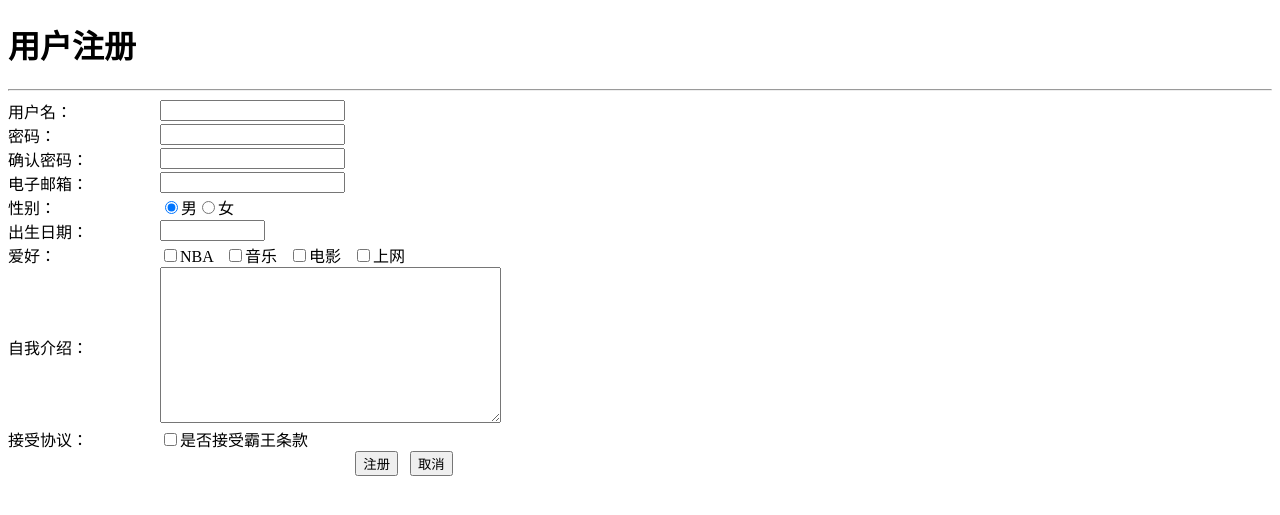
Repository: chengshide/Servlet
Page: http://localhost/ServletGetFormInfoDemo/reg.jsp
These files come from the project's save history. The page is drawn as it stood at one moment and after the next save; the edit follows.
The browser window is 1280 px wide. The pictures show the whole page.
The page is served by Tomcat 9. Nobody is signed in. The application's start-up code is not run. Other server files are loaded and not shown.

Above is the page before, as saved 2020-05-16 09:07:25.

### eclipseworlk/ServletGetFormInfoDemo/WebContent/reg.jsp
<%@ page language="java" contentType="text/html; charset=utf-8"
    pageEncoding="utf-8"%>
<!DOCTYPE html>
<html>
<head>
<meta charset="utf-8">
<title>Insert title here</title>
</head>
<body>
   <h1>用户注册</h1>
   <hr>
   <form action="servlet/RegServlet" name="regForm" method="post">
     <table border="0" width="800" cellspacing="0" cellpadding="0">
       <tr>
         <td class="lalel">用户名：</td>
         <td class="controler"><input type="text" name="username" /></td>
       </tr>
       <tr>
         <td class="lalel">密码：</td>
         <td calss="controler"><input type="password" name="mypassword" /></td>
       </tr>
       <tr>
         <td class="lalel">确认密码：</td>
         <td calss="controler"><input type="password" name="confirmpass"></td>
       </tr>
       <tr>
         <td class="lalel">电子邮箱：</td>
         <td calss="controler"><input type="text" name="email" /></td>
       </tr>
       <tr>
         <td class="lalel">性别：</td>
         <td calss="controler"><input type="radio" name="gender" checked="checked" value="Male">男<input type="radio" name="gender" value="Female" />女</td>
       </tr>
       <tr>
         <td class="lalel">出生日期：</td>
         <td calss="controler"><input type="text" name="birtday" id="control_date" size="10" maxlength="10" onclick="new Calendar().show(this);" readonly="readonly" /></td>
       </tr>
       <tr>
         <td class="lalel">爱好：</td>
         <td calss="controler">
         <input type="checkbox" name="favorite" value="nba">NBA &nbsp;
         <input type="checkbox" name="favorite" value="music">音乐 &nbsp;
         <input type="checkbox" name="favorite" value="movie">电影 &nbsp;
         <input type="checkbox" name="favorite" value="internet">上网 &nbsp;
         </td>
       </tr>
       <tr>
         <td class="lalel">自我介绍：</td>
         <td class="controler"><textarea name="introduce" rows="10" cols="40"></textarea></td>
       </tr>
       <tr>
         <td class="lalel">接受协议：</td>
         <td class="controler"><input type="checkbox" name="isAccept" value="true" />是否接受霸王条款</td>
       </tr>
       <tr>
        <td colspan="2" align="center">
          <input type="submit" value="注册" />&nbsp;&nbsp;
          <input type="reset" value="取消">&nbsp;&nbsp;
        </td>
       </tr>
     </table>
   </form>
</body>
</html>

After the next save:
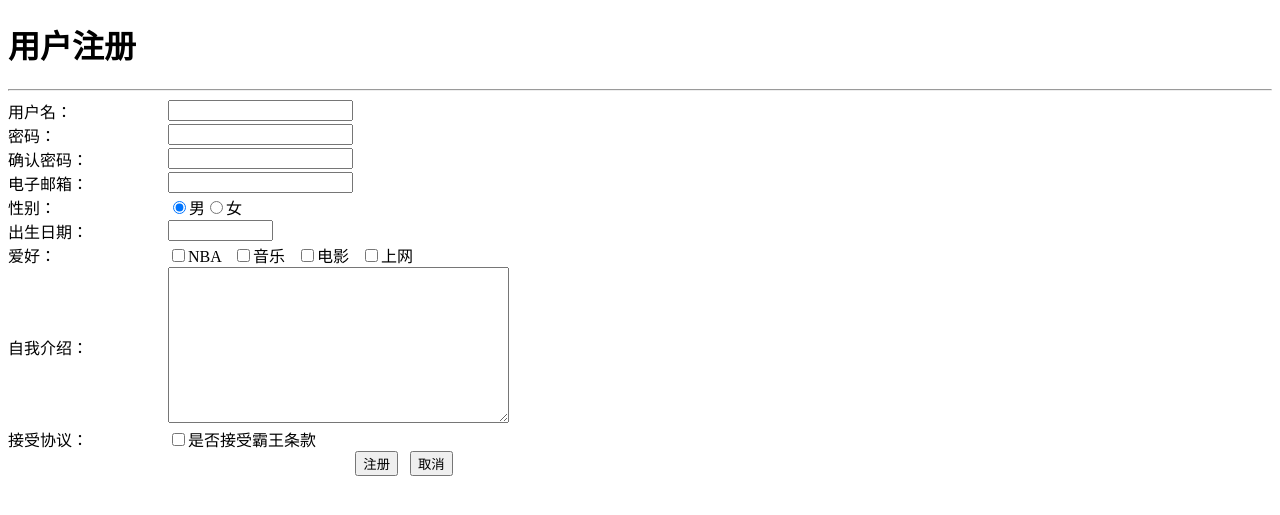
Saved 10 min 33 s later.
--- a/eclipseworlk/ServletGetFormInfoDemo/WebContent/reg.jsp
+++ b/eclipseworlk/ServletGetFormInfoDemo/WebContent/reg.jsp
@@ -5,6 +5,14 @@
 <head>
 <meta charset="utf-8">
 <title>Insert title here</title>
+<style type="text/css">
+	 .label{
+		  width: 20%
+	 }
+	 .controler{
+		  width: 80%
+	 }
+   </style>
 </head>
 <body>
    <h1>用户注册</h1>
